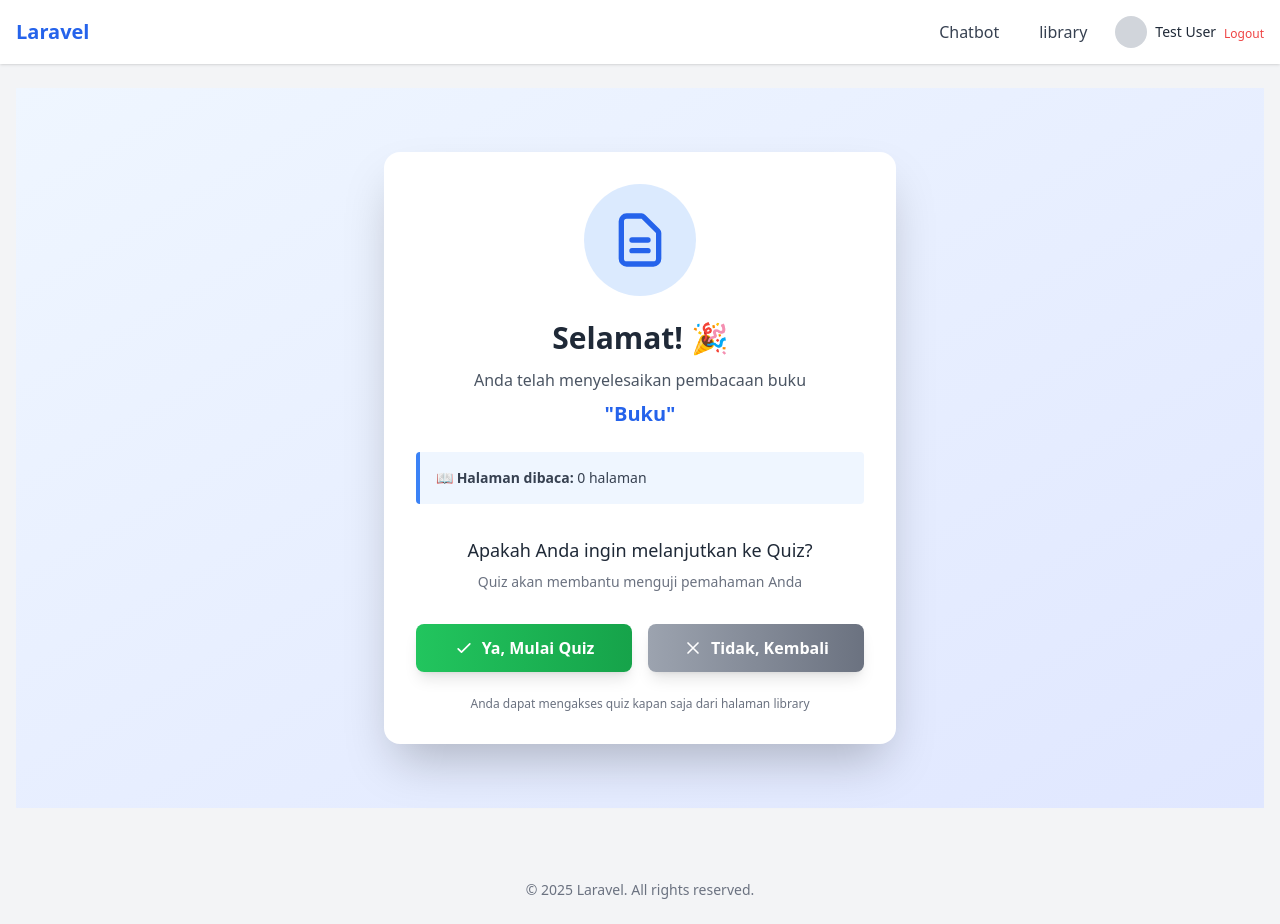
Repository: daffa-alif/lomba-NeuroGamy
Page: http://localhost/quiz/confirmation
These files come from the project's save history. The page is drawn as it stood at one moment and after the next save; the edit follows.
The browser window is 1280 px wide. The pictures show the whole page.
Some web libraries are served in a nearby version. The page is served by the project's Laravel application, run on PHP 8.4 with Laravel 12. A made-up administrator, Test User (test@example.com), is signed in.

Above is the page before, as saved 2025-10-02 00:33:29.

After the next save:
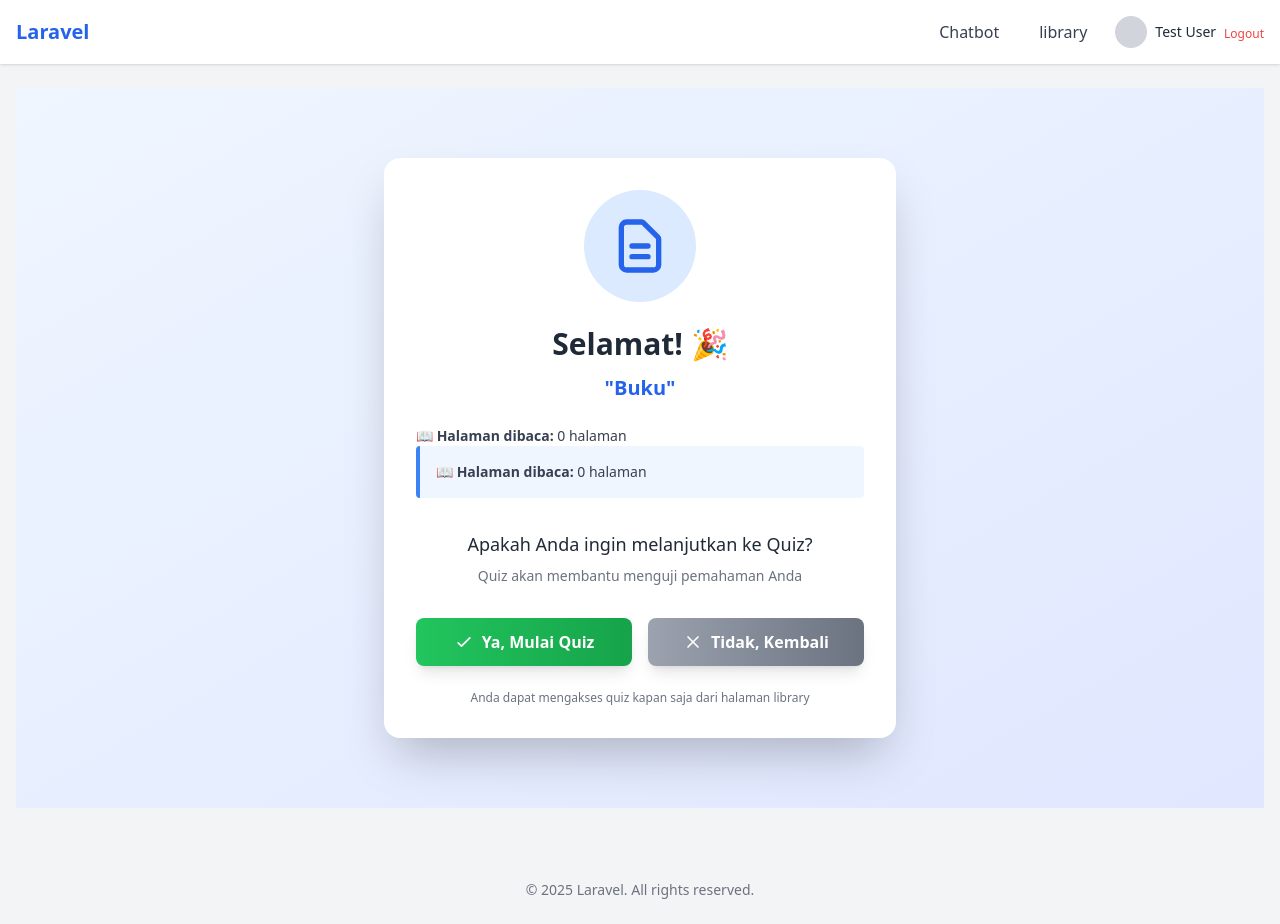
Saved 111 s later.
--- a/resources/views/quiz/confirmation.blade.php
+++ b/resources/views/quiz/confirmation.blade.php
@@ -17,13 +17,14 @@
             Selamat! 🎉
         </h1>
 
-        <!-- Message -->
-        <p class="text-center text-gray-600 mb-2">
-            Anda telah menyelesaikan pembacaan buku
-        </p>
-        <p class="text-center text-xl font-semibold text-blue-600 mb-6">
-            "{{ $book->book_title ?? 'Buku' }}"
-        </p>
+      <p class="text-center text-xl font-semibold text-blue-600 mb-6">
+    "{{ $book->book_title ?? 'Buku' }}"
+</p>
+
+<p class="text-sm text-gray-700">
+    <span class="font-semibold">📖 Halaman dibaca:</span> {{ $pagesRead ?? 0 }} halaman
+</p>
+
 
         <!-- Info Box -->
         <div class="bg-blue-50 border-l-4 border-blue-500 p-4 mb-8 rounded">

After the save that followed:
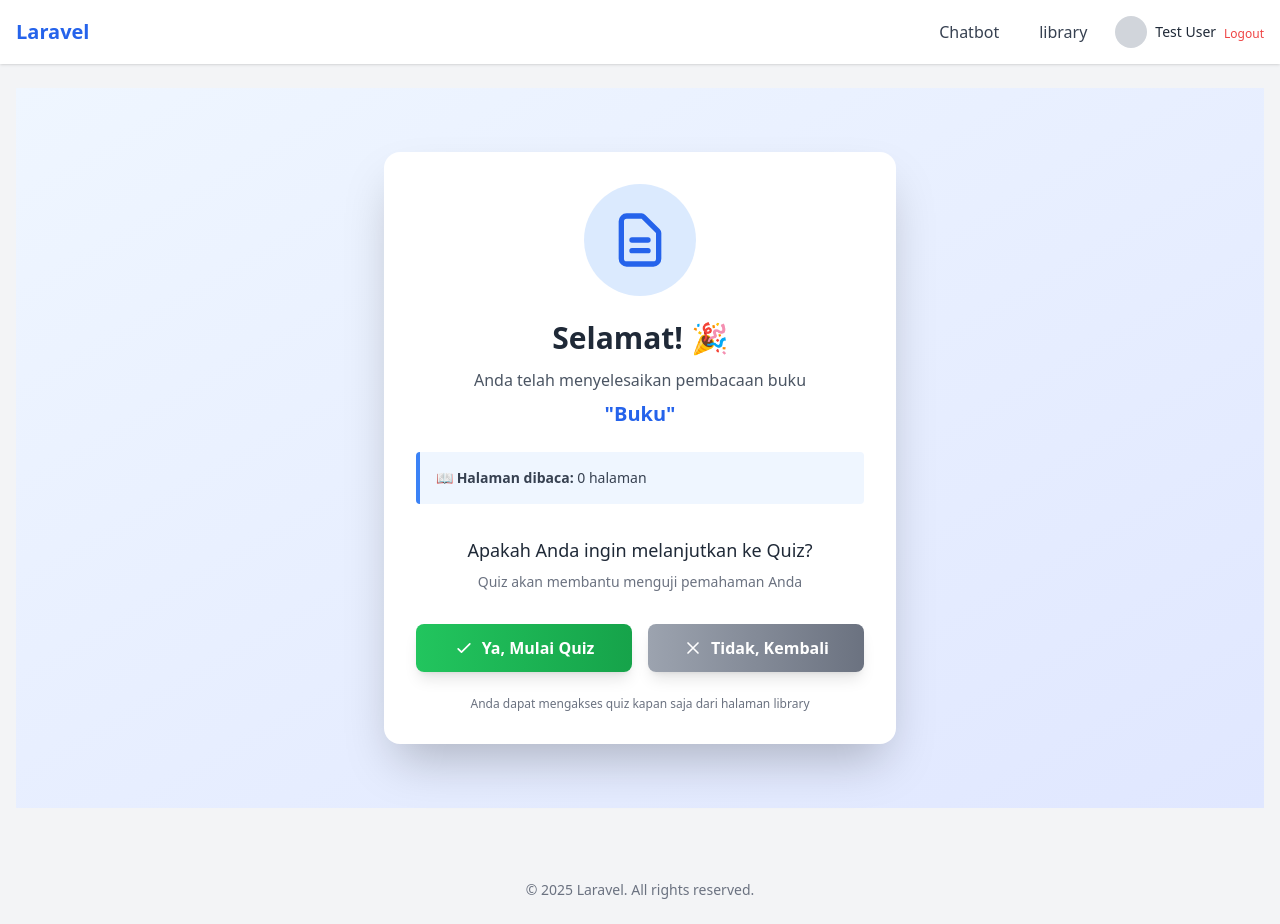
Saved 15 s later.
--- a/resources/views/quiz/confirmation.blade.php
+++ b/resources/views/quiz/confirmation.blade.php
@@ -17,14 +17,13 @@
             Selamat! 🎉
         </h1>
 
-      <p class="text-center text-xl font-semibold text-blue-600 mb-6">
-    "{{ $book->book_title ?? 'Buku' }}"
-</p>
-
-<p class="text-sm text-gray-700">
-    <span class="font-semibold">📖 Halaman dibaca:</span> {{ $pagesRead ?? 0 }} halaman
-</p>
-
+        <!-- Message -->
+        <p class="text-center text-gray-600 mb-2">
+            Anda telah menyelesaikan pembacaan buku
+        </p>
+        <p class="text-center text-xl font-semibold text-blue-600 mb-6">
+            "{{ $book->book_title ?? 'Buku' }}"
+        </p>
 
         <!-- Info Box -->
         <div class="bg-blue-50 border-l-4 border-blue-500 p-4 mb-8 rounded">
